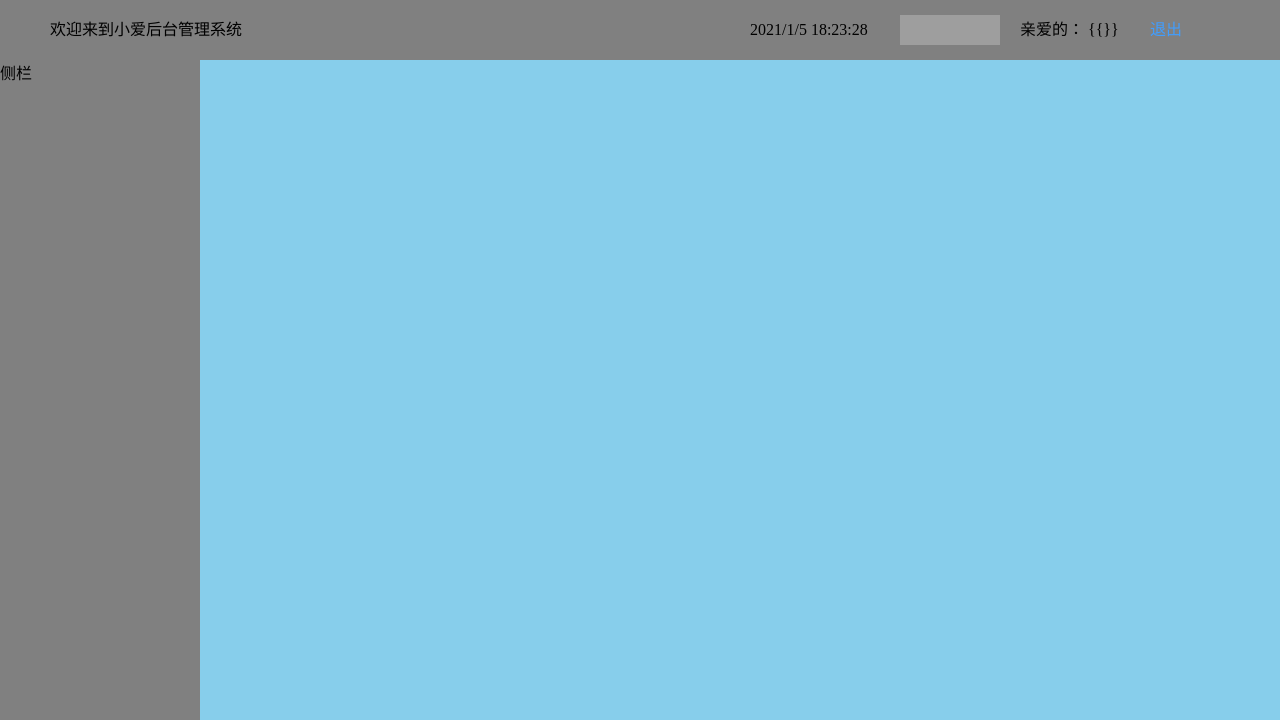
Repository: heyegang/vuex
Page: /
An editor plug-in stored every save of this project. The page is shown before and after the next save, followed by the edit.
The browser window is 1280 px wide. The pictures show the whole page.
Pictures or frames that could not be fetched are drawn as grey boxes. The project was rebuilt for these pictures with package versions that can differ from the ones it lists, and the page was loaded fresh each time. Also part of the build but not shown: vue.config.js.

Above is the page before, as saved 2021-01-06 13:52:26.

### src/main.js
import Vue from "vue";
import App from "./App.vue";
import router from "./router";
import store from "./store";
import ElementUI from "element-ui";
import "element-ui/lib/theme-chalk/index.css"

Vue.use(ElementUI)
Vue.config.productionTip = false;

new Vue({
  router,
  store,
  render: h => h(App)
}).$mount("#app");

### src/App.vue
<template>
  <div id="app">
    <router-view />
  </div>
</template>

<style lang="scss">
*{
  margin: 0;
  padding: 0;
}
html,body,#app{
  height: 100%;
}
</style>

### src/router/index.js
import Vue from "vue";
import VueRouter from "vue-router";
import Home from "../views/Home.vue";
import Layout from "../views/layout/Layout.vue";

Vue.use(VueRouter);

const routes = [{
   path:"",
  component:Layout,
  children:[{
    path: "/",
    name: "Home",
    component: Home
  },

  ]},
  {
    path: "/login",
    name: "login",
    component: () => import('../views/login/Login.vue')
  },
];

const router = new VueRouter({
  mode: "history",
  base: process.env.BASE_URL,
  routes
});

export default router;

### src/store/index.js
import Vue from "vue";
import Vuex from "vuex";
import user from "./user"

Vue.use(Vuex);

export default new Vuex.Store({
  state: {
    // 存放数据
  },
  mutations: {
    // 同步修改state
  },
  actions: {},
  modules: {
    // 代表模块
    user
  }
});

### src/views/Home.vue
<template>
  <div></div>
</template>

<script>
export default {
  name: '',
  props:{},
  data () {
    return {
    }
  },
  components: {},
  methods: {},
  mounted() {},
  computed: {},
  watch: {}
}
</script>

<style lang='scss' scoped>

</style>

### src/views/layout/Layout.vue
<template>
    <div>
        <el-container>
        <el-header>
            <nav-header></nav-header>
        </el-header>
        <el-container>
            <el-aside width="200px">
                <nav-sidebar></nav-sidebar>
            </el-aside>
            <el-main>
                <router-view></router-view>
            </el-main>
        </el-container>
        </el-container>
    </div>
</template>

<script>
import NavHeader from "../../components/navheader/NavHeader"
import NavSidebar from "../../components/navsidebar/NavSidebar"
export default {
  name: '',
  props:{},
  data () {
    return {
    }
  },
  components: {
      NavHeader,
      NavSidebar,
  },
  methods: {},
  mounted() {},
  computed: {},
  watch: {}
}
</script>

<style lang='scss' scoped>
  .el-header, .el-footer {
    line-height: 60px;
    background-color: gray;
  }

  .el-aside {
    position: fixed;
    top: 60px;
    bottom: 0;
    background-color: gray;
  }

  .el-main {
    position: fixed;
    bottom: 0;
    right: 0;
    top: 60px;
    left: 200px;
    background-color: skyblue;


  }

  body > .el-container {
    margin-bottom: 40px;
  }

  .el-container:nth-child(5) .el-aside,
  .el-container:nth-child(6) .el-aside {
    line-height: 260px;
  }

  .el-container:nth-child(7) .el-aside {
    line-height: 320px;
  }
</style>

### src/store/user.js
import { Message } from "element-ui";
import api from '../http/api';
import router from '../router'

export default {
    namespaced:true,
    // 开启命名空间

    state: {
        // 存放数据
        users:[]
      },
      mutations: {
        // 同步修改state
        setUsers(state,data){
            state.user = data
        }
      },
      actions: {
        //   发请求
        // 所有的方法
        // 登录 每一个action的方法都有两个参数 第一个是store 第二个是请求的参数
        // store可以解构为commit dispatch(提交另外一个action)
        async login(_,params){
            let res = await api.login(params)
            if(res.meta.status === 200){
                // 请求成功 存用户 跳转路由 提示用户
                localStorage.setItem('user', JSON.stringify(res.data))
                localStorage.setItem('token', res.data.token)
                Message.success('登录成功')
                router.push('/')
            } else {
                Message.error(res.meta.msg)
            }
        },
        async getUsers({commit},params){
            let res = await api.getUsers(params)
            if(res.meta.status === 200) {
                commit('setUsers',res.data)
            }else {
                Message.error(res.meta.msg)
            }
        }
      },
}

### src/components/navheader/NavHeader.vue
<template>
  <div class="top">
      <div style="margin-left:30px;">
          欢迎来到小爱后台管理系统
      </div>
      <div class="box">
          {{times}}
      </div>
      <div class="weather">
          <div class="weather"><iframe scrolling="no" src="https://tianqiapi.com/api.php?style=yd&skin=pitaya" frameborder="0" width="100%" height="30" allowtransparency="true"></iframe></div>
    <!--获取天气-->
      </div>
      <div class="hello">
          亲爱的： {{}}
      </div>
      <div class="esc" @click="esc">
          退出
      </div>
  </div>
</template>

<script>
export default {
  name: '',
  props:{},
  data () {
    return {
      times:'',//格式化之后的当前时间
      currentTime: new Date() //当前时间
    }
  },
  components: {},
  methods: {
    getTimes(){
      setInterval(this.getTimesInterval, 1000);
    },
    getTimesInterval:function() {
      let _this = this;
      let year = new Date().getFullYear(); //获取当前时间的年份
      let month = new Date().getMonth() + 1; //获取当前时间的月份
      let day = new Date().getDate(); //获取当前时间的天数
      let hours = new Date().getHours(); //获取当前时间的小时
      let minutes = new Date().getMinutes(); //获取当前时间的分数
      let seconds = new Date().getSeconds(); //获取当前时间的秒数
      let hello = "";
      //当小于 10 的是时候，在前面加 0
      if (hours < 10) {
        hours = "0" + hours;
      }
      if (minutes < 10) {
        minutes = "0" + minutes;
      }
      if (seconds < 10) {
        seconds = "0" + seconds;
      }
      //一天中的时间
      if (hours > 6 && hours <13){
          hello = "上午";
      }
      if (hours > 13 && hours <18){
          hello = "下午";
      }
      if (hours > 18 && hours <24){
          hello = "晚上";
      }
      if (hours >0 && hours < 6){
          hello = "凌晨";
      }
      //拼接格式化当前时间
      _this.times = year + "/" + month + "/" + day + " " +hello+ hours + ":" + minutes + ":" + seconds;
    },
  },
  mounted() {
    this.getTimes()
  },
  computed: {},
  watch: {},
}
</script>

<style lang='scss' scoped>
.top{
    display: flex;
    position: relative;
    line-height: 60px;
}
.box{
    width: 160px;
    position: absolute;
    right: 350px;
}
.weather{
    width: 100px;
    position: absolute;
    right: 130px;
    top: 5px;
}
.hello{
    width: 100px;
    position: absolute;
    right: 140px;
}
.esc{
    width: 60px;
    position: absolute;
    right: 50px;
    color: #409EFF;
}
</style>

### src/components/navsidebar/NavSidebar.vue
<template>
  <div>
      侧栏
  </div>
</template>

<script>
export default {
  name: '',
  props:{},
  data () {
    return {
    }
  },
  components: {},
  methods: {},
  mounted() {},
  computed: {},
  watch: {}
}
</script>

<style lang='scss' scoped>

</style>

### src/http/api.js
import http from './index'

export default{
     login({username,password}){
        return http.post('/login',{
            username,
            password
        })
     },
     getUsers({pagenum,pagesize,query}){
         if(query){
             return http.get(`/users?pagenum=${pagenum}&pagesize=${pagesize}&query=${query}`)
         } else {
             return http.get(`/users?pagenum=${pagenum}&pagesize=${pagesize}`)
         }

     },
}

### src/http/index.js
import axios from 'axios'
import nprogress from 'nprogress'
import 'nprogress/nprogress.css'
import {Message} from 'element-ui'

// 需要区分当前环境是开发环境(development)还是生产环境(production)
let isPro = process.env.NODE_ENV === 'productin'

const http = axios.create({
    baseURL: isPro ? '线上接口路径':'/api',
    timeout:10000
})

// 请求拦截
http.interceptors.request.use(config =>{
    nprogress.start()
    // 配置token token是鉴权的一种方式
    // 在登陆成功后 会返回当前用户的token 存在本地
    // 可用（百度：js加密插件）加密插件加密token
    let token = localStorage.getItem('token')
    // 账号密码和token分开存
    if(token){
        config.headers.Authorization = token
    }
    return config
},err =>{
    nprogress.done()
    return Promise.reject(err)
})

// 响应拦截
http.interceptors.response.use(res => {
    nprogress.done()
    return res.data
},err => {

    // 请求失败
    let status = err.response && err.response.status
    // 状态码
    if (status === 400) {
        Message.error('参数错误')
    }
    if (status === 401) {
        Message.error('没有权限')
    }
    if (status === 403) {
        Message.error('登录过期')
    }
    if (status === 404) {
        Message.error('路径错误')
    }
    if (status === 500) {
        Message.error('服务器错误')
    }
    if (status === 403) {
        Message.error('服务器在维护')
    }
    return Promise.reject(err)
})


export default http

Loaded but not shown: public/index.html (common file)

After the next save:
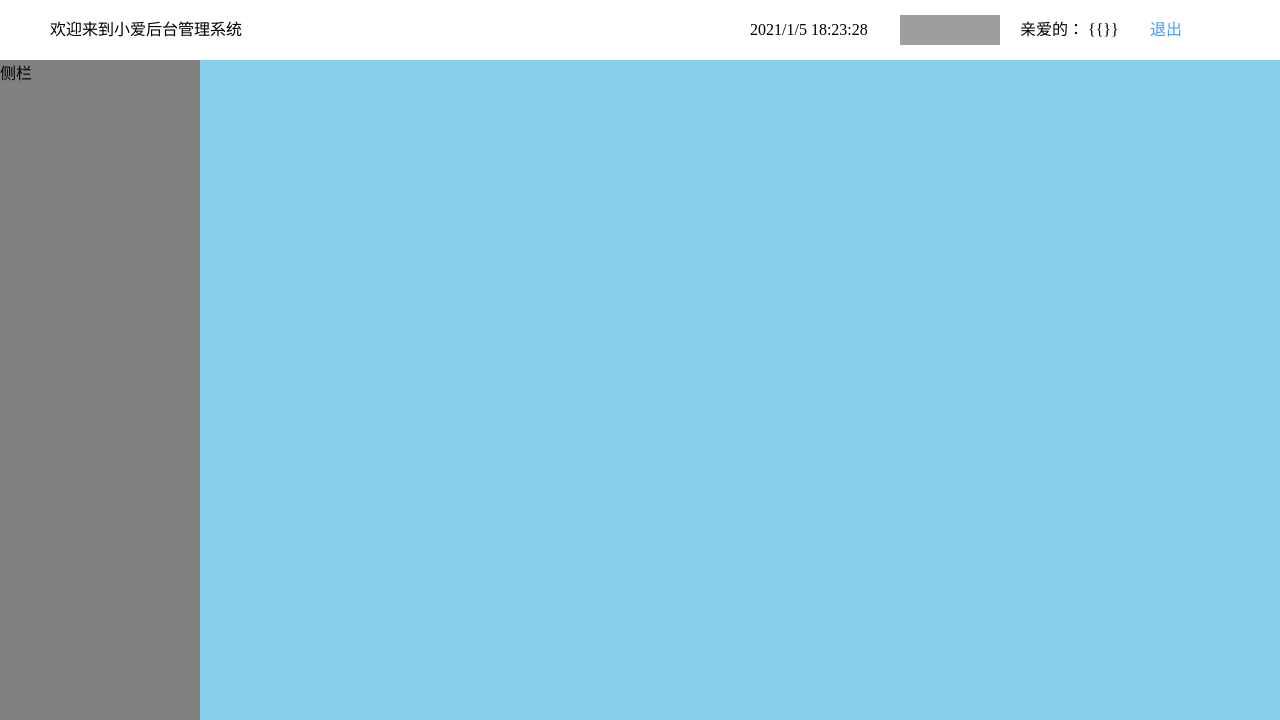
Saved 27 s later.
--- a/src/views/layout/Layout.vue
+++ b/src/views/layout/Layout.vue
@@ -40,7 +40,6 @@ export default {
 <style lang='scss' scoped>
   .el-header, .el-footer {
     line-height: 60px;
-    background-color: gray;
   }
 
   .el-aside {
